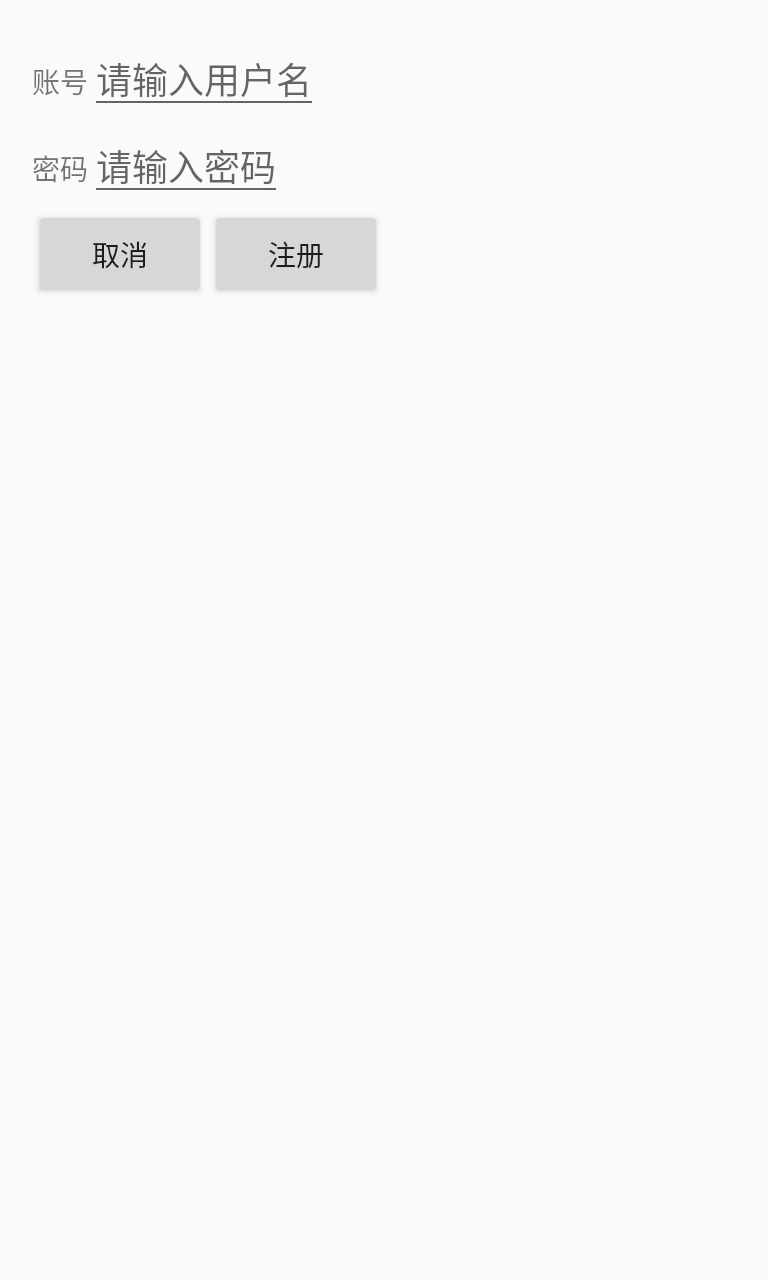
Repository: zzznn/Android_and_java
Layout: work/Day0203/res/layout/activity_main.xml
These files come from the project's save history. The layout is drawn as it stood at one moment and after the next save; the edit follows.
It is drawn on a 768 x 1280 px phone screen (xhdpi) without system bars, with theme AppTheme; the app's code is not run.

Above is the layout before, as saved 2018-01-03 12:41:38.

After the next save:
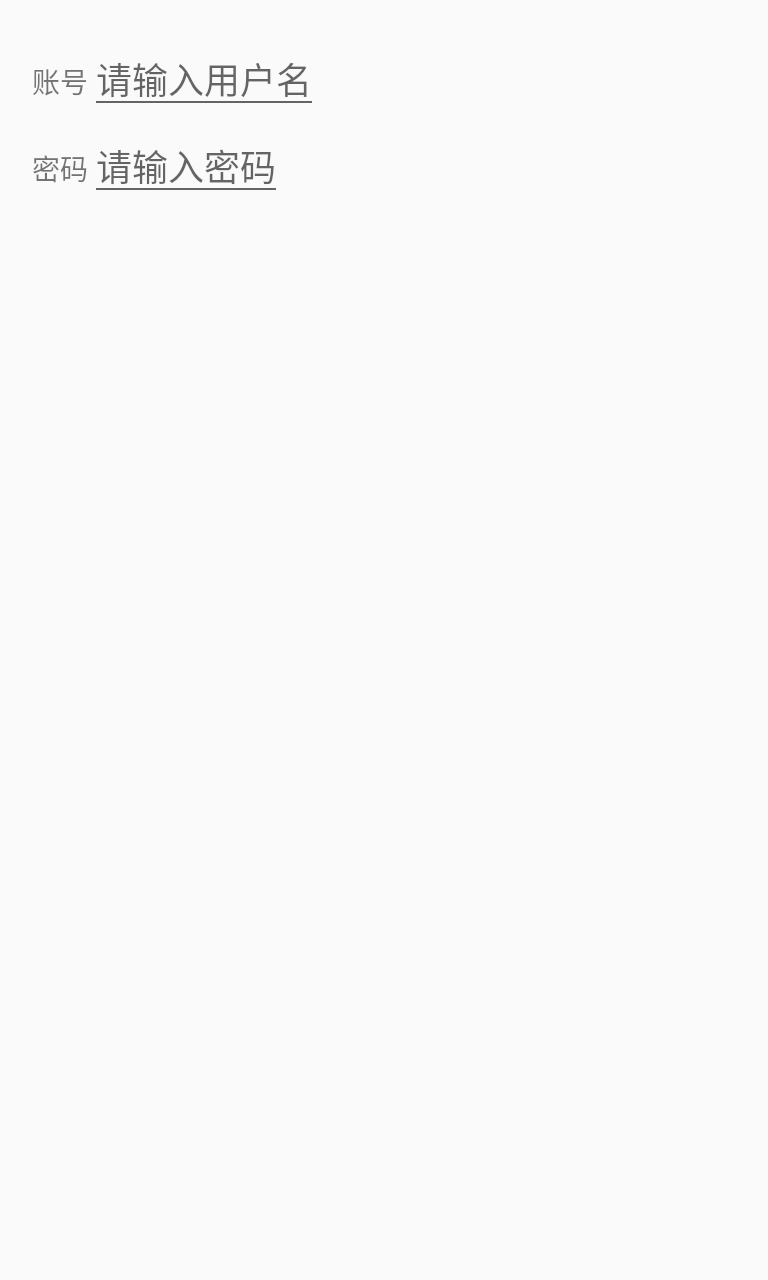
Saved 4 min 10 s later.
--- a/work/Day0203/res/layout/activity_main.xml
+++ b/work/Day0203/res/layout/activity_main.xml
@@ -55,16 +55,16 @@
         android:layout_height="wrap_content">
     <Button
         android:id="@+id/btn_cansel"
-        android:layout_width="0dp"
-        android:layout_weight="1"
+        android:layout_width="5dp"
+        android:layout_weight="3dp"
         android:layout_height="wrap_content"
         android:text="取消"
         />
 
     <Button
         android:id="@+id/btn_regist"
-        android:layout_width="0dp"
-        android:layout_weight="1"
+        android:layout_width="5dp"
+        android:layout_weight="4dp"
         android:layout_height="wrap_content"
         android:text="注册"
         />

After the 3 saves that followed:
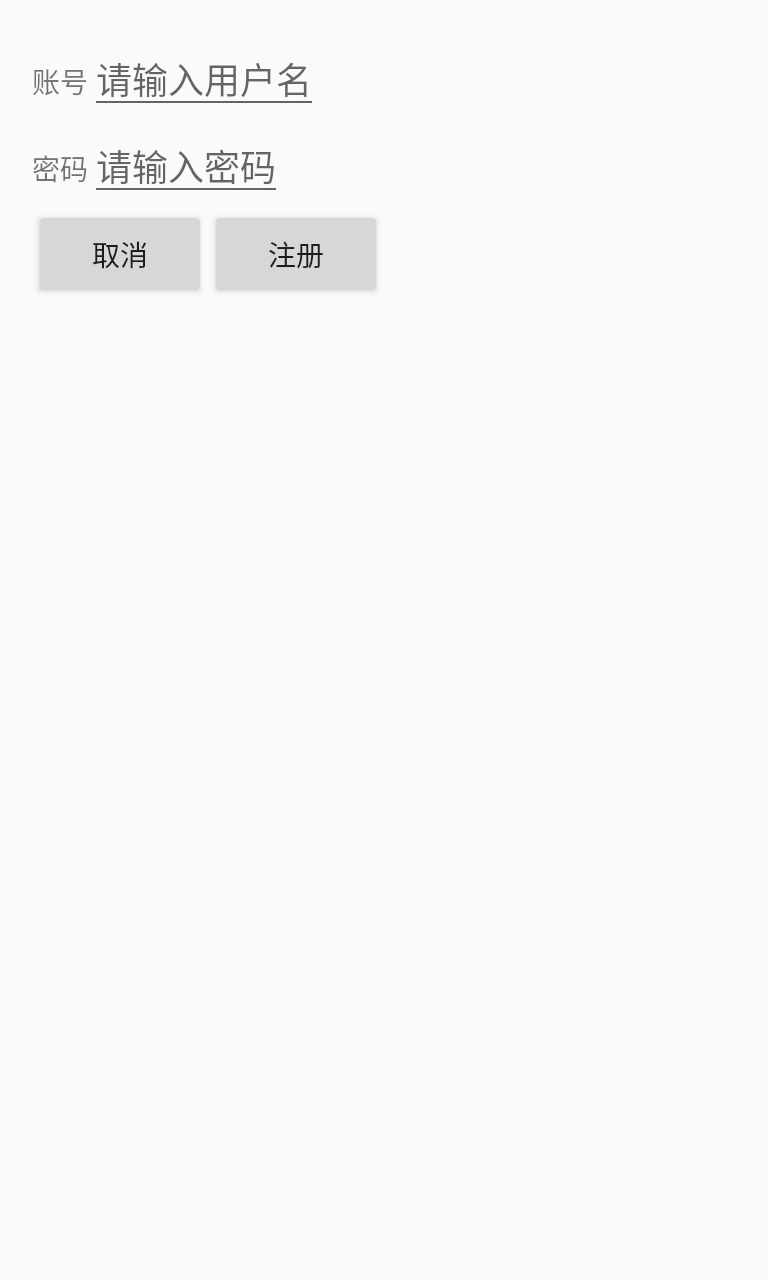
The 3 saves are shown as one change because 1 left the picture as it was and some came seconds apart.
The last was saved 67 s later.
--- a/work/Day0203/res/layout/activity_main.xml
+++ b/work/Day0203/res/layout/activity_main.xml
@@ -55,16 +55,16 @@
         android:layout_height="wrap_content">
     <Button
         android:id="@+id/btn_cansel"
-        android:layout_width="5dp"
-        android:layout_weight="3dp"
+        android:layout_width="0dp"
+        android:layout_weight="2"
         android:layout_height="wrap_content"
         android:text="取消"
         />
 
     <Button
         android:id="@+id/btn_regist"
-        android:layout_width="5dp"
-        android:layout_weight="4dp"
+        android:layout_width="0dp"
+        android:layout_weight="3"
         android:layout_height="wrap_content"
         android:text="注册"
         />
